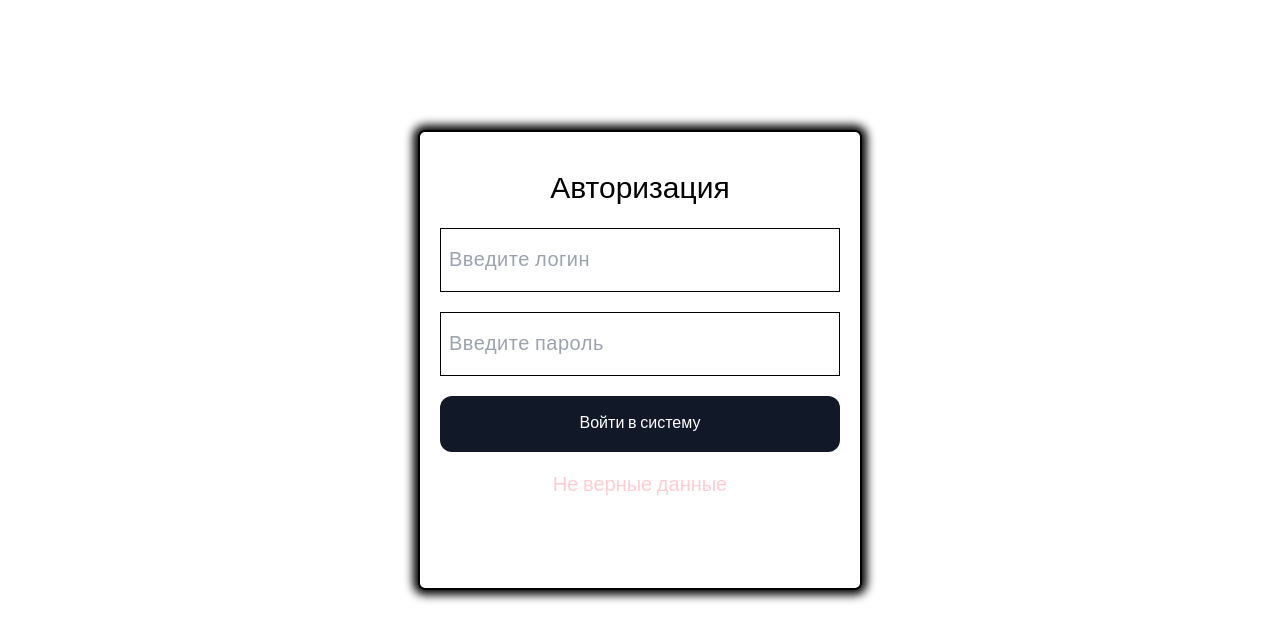
Repository: AlearvickOne/CartridgesApp
Page: /
These files come from the project's save history. The page is drawn as it stood at one moment and after the next save; the edit follows.
The browser window is 1280 px wide. The pictures show the whole page.
The page's requests for data from a server got no answer. The project was rebuilt for these pictures with package versions that can differ from the ones it lists, and the page was loaded fresh each time. The framework's server and built-in components were replaced by stand-ins that run in the browser. No one was signed in, and anything a server would have sent is missing. Also part of the build but not shown: next.config.mjs.

Above is the page before, as saved 2024-04-19 15:46:26.

### src/app/layout.tsx
import type { Metadata } from "next";
import { Catamaran } from "next/font/google";
import "./globals.scss";
import { AuthProvider } from "@/Providers/AuthProvider";
import { QueryProvider } from "@/Providers/QueryProvider";

const catamaran = Catamaran({ subsets: ["latin"], weight: ["100", "200", "400", "900"] });

export const metadata: Metadata = {
  title: "Cartridge App",
  description: "Application cartridge",
};

export default function RootLayout({
  children,
}: Readonly<{
  children: React.ReactNode;
}>) {
  return (
    <html lang="en">
      <body className={catamaran.className}>
        <QueryProvider>
          <AuthProvider>{children}</AuthProvider>
        </QueryProvider>
      </body>
    </html>
  );
}

### src/app/page.tsx
import { redirect } from "next/navigation";
import AuthorizationPage from "../components/AuthorizationPage";
import { auth, signIn } from "./api/auth/configs/auth";
import { FormEventHandler } from "react";
import { SignInError } from "@auth/core/errors";
import { AuthError } from "next-auth";
import { unknown } from "zod";

export default async function Home() {
  const session = await auth();

  const handleSubmit = async (
    login: FormDataEntryValue | null,
    password: FormDataEntryValue | null
  ) => {
    "use server";

    try {
      await signIn("credentials", {
        login: login,
        password: password,
        redirectTo: "/lobby",
      });
    } catch (error) {
      if (error instanceof AuthError) {
        switch (error.type) {
          case "CredentialsSignin":
            return "Invalid user";
          default:
            return "Not found error";
        }
      }
      throw error;
    }
  };

  return (
    <div>
      <AuthorizationPage handleSubmit={handleSubmit} />
    </div>
  );
}

### src/Providers/AuthProvider.tsx
"use client";

import { SessionProvider } from "next-auth/react";
import { PropsWithChildren } from "react";

export const AuthProvider = ({ children }: PropsWithChildren) => {
  return <SessionProvider>{children}</SessionProvider>;
};

### src/Providers/QueryProvider.tsx
"use client";

import { QueryClient, QueryClientProvider } from "@tanstack/react-query";
import { PropsWithChildren } from "react";

const queryClient = new QueryClient();

export function QueryProvider({ children }: PropsWithChildren) {
  return <QueryClientProvider client={queryClient}>{children}</QueryClientProvider>;
}

### src/components/AuthorizationPage.tsx
"use client";
import styles from "@/styles/home/Home.module.scss";
import { useSession } from "next-auth/react";
import Image from "next/image";
import { useRouter } from "next/navigation";
import { useEffect, useState } from "react";
import SyncIcon from "@mui/icons-material/Sync";

interface ISession {
  handleSubmit: (login: FormDataEntryValue | null, password: FormDataEntryValue | null) => void;
}

function AuthorizationPage({ handleSubmit }: ISession) {
  const [isClick, setIsClick] = useState<boolean>(false);

  const session = useSession();
  console.log(isClick);

  return (
    <main className={styles.authContainer}>
      <div className={styles.authForm_wrapper}>
        <h1 className="mb-5 text-center text-xl">Авторизация</h1>
        <form
          action={async (formData) => {
            const res = await handleSubmit(formData.get("login"), formData.get("password"));
            typeof res !== "undefined" ? setIsClick(false) : setIsClick(true);
          }}
          className={styles.authForm}
        >
          <input type="text" name="login" placeholder="Введите логин" />
          <input type="text" name="password" placeholder="Введите пароль" />
          <button type="submit" onClick={() => setIsClick(true)}>
            {isClick ? <SyncIcon className="animate-spin" /> : "Войти в систему"}
          </button>

          {isClick ? (
            <></>
          ) : (
            <p className="mt-5 text-center text-rose-200 text-xl">Не верные данные</p>
          )}
        </form>
      </div>
    </main>
  );
}

export default AuthorizationPage;

### src/app/api/auth/configs/auth.ts
import NextAuth from "next-auth";
import CredentialsProvider from "next-auth/providers/credentials";
import { UsersAuthStore } from "@/stores/usersStore";
import { IUsersAuth } from "@/types/auth.interface";
import { Provider } from "next-auth/providers";
import { signInSchema } from "../utils/zod";
import { ZodError } from "zod";

const providers: Provider[] = [
  CredentialsProvider({
    credentials: {
      login: { label: "text", type: "text" },
    },
    authorize: async (credentials) => {
      try {
        const { login, password } = await signInSchema.parseAsync(credentials);

        await UsersAuthStore.getAuthUsersActon();
        const user = UsersAuthStore.usersAuth.find((person) => {
          if (person?.login === login && person.password === password) return person;
        });

        if (!user) {
          throw Error("user not found");
        }

        return user as IUsersAuth;
      } catch (error) {
        if (error instanceof ZodError) return null;
        return null;
      }
    },
  }),
];

export const configAuth = {
  providers,
  // pages: { signIn: "/" },
  secret: process.env.AUTH_SECRET,
};

export const {
  auth,
  signIn,
  signOut,
  handlers: { GET, POST },
} = NextAuth(configAuth);

### src/styles/home/Home.module.scss
.authContainer {
  @apply flex justify-center items-center h-screen bg-white transition-all;

  .authForm_wrapper {
    @apply border-[2px] border-black rounded-[7px] py-10 px-5  bg-white  text-black  shadow-upmd shadow-black;

    > h1 {
      @apply text-black text-3xl;
    }

    .authForm {
      @apply flex flex-col min-w-[25rem] min-h-[20rem];

      > input {
        @apply mb-5 px-2 text-xl tracking-wide outline-gray-900 border-[1px] border-black bg-white text-black w-full h-16;
      }

      > button {
        @apply bg-gray-900 p-2 rounded-xl hover:text-violet-200 text-white h-14;
      }
    }
  }
}

### src/stores/usersStore.tsx
import { IUsersAuth } from "@/types/auth.interface";
import { RequiresClass } from "../services/requires.class";

import { observable, action, makeObservable } from "mobx";

class UsersStore {
  usersAuth: IUsersAuth[] = [];

  constructor() {
    makeObservable(this, {
      usersAuth: observable,
      getAuthUsersActon: action,
    });
  }

  getAuthUsersActon = async () => {
    try {
      const res = await RequiresClass.getUserAuthInfo();
      this.usersAuth = res.data;
    } catch (err) {
      console.warn(err);
    }
  };
}

export const UsersAuthStore = new UsersStore();

### src/app/api/auth/utils/zod.ts
import { object, string } from "zod";

export const signInSchema = object({
  login: string({ required_error: "login is required" })
    .min(1, "login is required")
    .max(20, "Длина логина должна составлять не более 20 символов"),
  password: string({ required_error: "Password is required" })
    .min(1, "Пароль должен быть больше")
    .max(20, "Пароль не должен быть больше 20 символов"),
});

### src/services/requires.class.ts
import { IUsersAuth } from "@/types/auth.interface";
import axios from "axios";

class Requires {
  private URL = "https://661e51d298427bbbef042f3e.mockapi.io/";

  async getUserAuthInfo() {
    return await axios.get<IUsersAuth[]>(`${this.URL}users`);
  }
}

export const RequiresClass = new Requires();

### tailwind.config.ts
import type { Config } from "tailwindcss";

const config: Config = {
  content: [
    "./src/pages/**/*.{js,ts,jsx,tsx,mdx}",
    "./src/components/**/*.{js,ts,jsx,tsx,mdx}",
    "./src/app/**/*.{js,ts,jsx,tsx,mdx}",
  ],
  theme: {
    extend: {
      boxShadow: {
        upmd: "0px 0px 10px 5px rgba(0, 0, 0, 0.3)",
      },
      backgroundImage: {
        "gradient-radial": "radial-gradient(var(--tw-gradient-stops))",
        "gradient-conic": "conic-gradient(from 180deg at 50% 50%, var(--tw-gradient-stops))",
      },
    },
  },
  plugins: [],
};
export default config;

Loaded but not shown: src/app/globals.scss (common file)

After the next save:
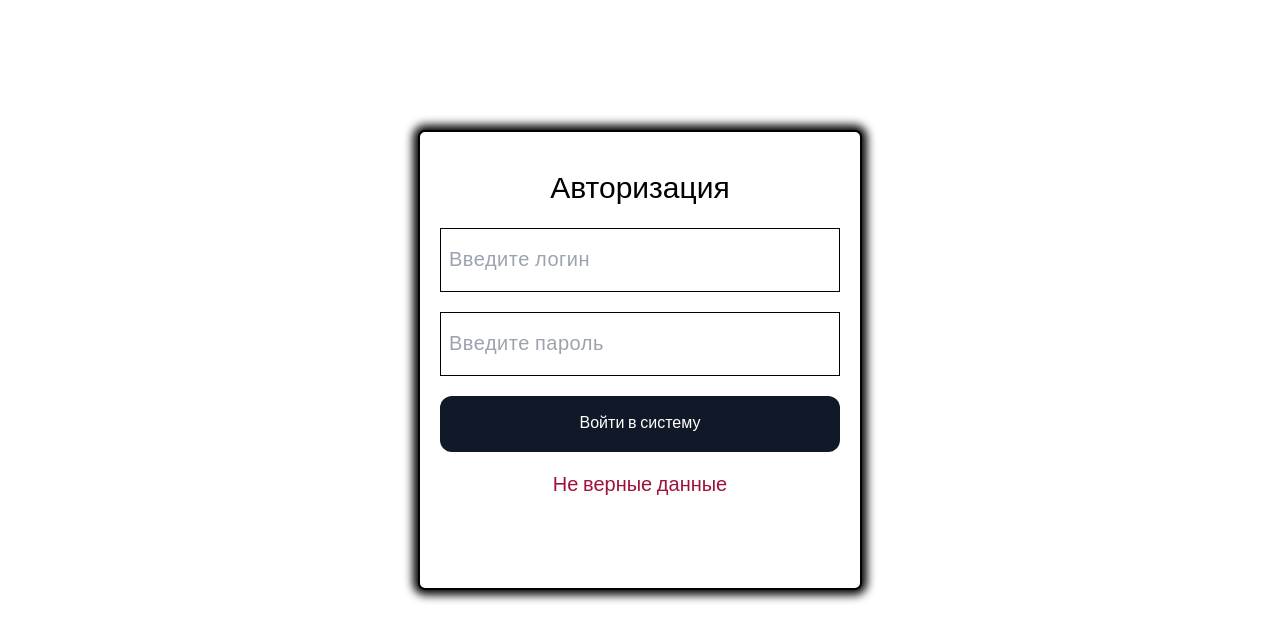
Saved 4 s later.
--- a/src/components/AuthorizationPage.tsx
+++ b/src/components/AuthorizationPage.tsx
@@ -36,7 +36,7 @@ function AuthorizationPage({ handleSubmit }: ISession) {
           {isClick ? (
             <></>
           ) : (
-            <p className="mt-5 text-center text-rose-200 text-xl">Не верные данные</p>
+            <p className="mt-5 text-center text-rose-800 text-xl">Не верные данные</p>
           )}
         </form>
       </div>
